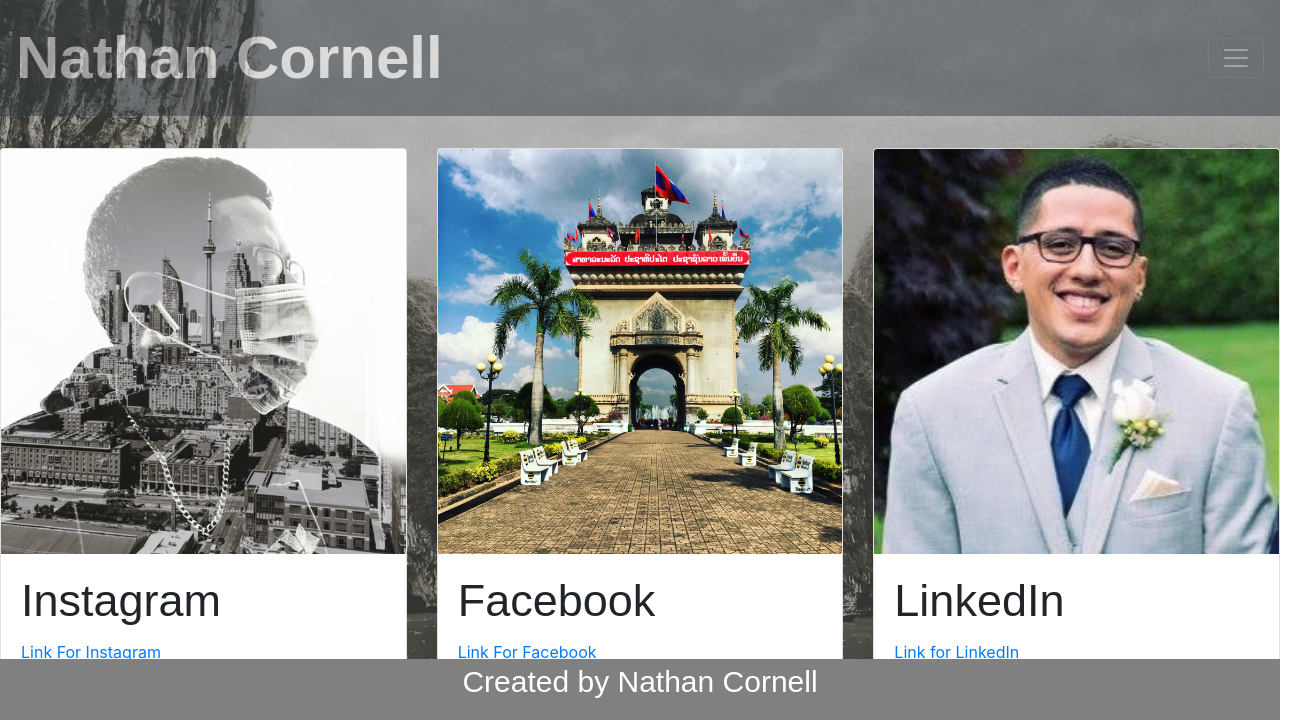
Repository: Llenrocc/Bootstrap_Homework
Page: Portfolio.html
The author's editor kept a copy of each file at every save. The page is drawn from the files as they stood at one save, then again after the next save.
The browser window is 1280 px wide. The page is 1295 px wide, then 1280 px, so the pictures cover 1295 px, including what lies to the right of the window. The pictures show the whole page.
Some web fonts or font styles are not loaded; a fallback is used.

Above is the page before, as saved 2020-07-31 19:33:23.

### Portfolio.html
<!DOCTYPE html>
<html lang="en">
<head>
    <meta charset="UTF-8">
    <meta name="viewport" content="width=device-width, initial-scale=1.0">
    <title>Bootstrap Homework</title>
    <link rel="stylesheet" href="https://stackpath.bootstrapcdn.com/bootstrap/4.5.0/css/bootstrap.min.css" integrity="sha384-9aIt2nRpC12Uk9gS9baDl411NQApFmC26EwAOH8WgZl5MYYxFfc+NcPb1dKGj7Sk" crossorigin="anonymous">
    <link rel="stylesheet" href="style.css">
    <link href="https://fonts.googleapis.com/css2?family=Cinzel+Decorative:wght@700&family=Six+Caps&display=swap" rel="stylesheet">
</head>
<body>
    <header>
        <div class="container2">
            <nav class="navbar navbar-dark bg-dark" id="nav">
            <!-- Navbar content -->
            <a class="navbar-brand" href="#">Nathan Cornell</a>
            <button class="navbar-toggler" type="button" data-toggle="collapse" data-target="#navbarNavAltMarkup" aria-controls="navbarNavAltMarkup" aria-expanded="false" aria-label="Toggle navigation">
            <span class="navbar-toggler-icon"></span>
            </button>
        <div class="collapse navbar-collapse" id="navbarNavAltMarkup">
        <div class="navbar-nav">
            <a href="index.html">About Me</a>
            <a href="Contact.html">Contact</a>
        </div>
    </div>
  </div>
</nav>
</header>

<section>
   <div class="container3">
    <div class="card-deck">
        <div class="card">
          <img src="Assets/IGpic.JPG" class="card-img-top" alt="a Photo from Instagram">
          <div class="card-body">
            <h2 class="card-title">Instagram</h2>
            <a href="https://www.instagram.com/llenrocc/" target="_blank">Link For Instagram</a>
          </div>
        </div>
        <div class="card">
          <img src="Assets/IMG_0498.jpg" class="card-img-top" alt="a Photo From Facebook">
          <div class="card-body">
            <h3 class="card-title">Facebook</h3>
            <a href="https://www.facebook.com/nate.cornell.5/" target="_blank">Link For Facebook</a>
          </div>
        </div>
        <div class="card">
          <img src="Assets/0.jpg" class="card-img-top" alt="A Photo From LinkedIn">
          <div class="card-body">
            <h4 class="card-title">LinkedIn</h4>
            <a href="https://www.linkedin.com/in/nathan-cornell02" target="_blank">Link for LinkedIn</a>
          </div>
        </div>
      </div>
</section>
<script src="https://code.jquery.com/jquery-3.5.1.slim.min.js" integrity="sha384-DfXdz2htPH0lsSSs5nCTpuj/zy4C+OGpamoFVy38MVBnE+IbbVYUew+OrCXaRkfj" crossorigin="anonymous"></script>
<script src="https://cdn.jsdelivr.net/npm/popper.js@1.16.0/dist/umd/popper.min.js" integrity="sha384-Q6E9RHvbIyZFJoft+2mJbHaEWldlvI9IOYy5n3zV9zzTtmI3UksdQRVvoxMfooAo" crossorigin="anonymous"></script>
<script src="https://stackpath.bootstrapcdn.com/bootstrap/4.5.0/js/bootstrap.min.js" integrity="sha384-OgVRvuATP1z7JjHLkuOU7Xw704+h835Lr+6QL9UvYjZE3Ipu6Tp75j7Bh/kR0JKI" crossorigin="anonymous"></script>
<div class="footer">
  <p>Created by Nathan Cornell</p>
</div>
</body>

### style.css
/* Background Image */
html {
    height:100%;
    width:100%;

  }

body {
    background: url(./Assets/IMG_1445.jpg);
    animation: fadeInAnimation ease 3s;
    animation-iteration-count: 1;
    animation-fill-mode: forwards;
    margin: 0 auto;
    height: auto;
    background-position: center;
    background-repeat: no-repeat;
    background-size: cover;

}


@keyframes fadeInAnimation {
    0% {
        opacity: 0;
    }
    100% {
        opacity: 1;
    }
}

.container {
    display: flex;
    flex-wrap: nowrap;
    justify-content: center;
    width:100%;
    height:50%;
    margin-bottom: 0;

}
.row1 {
    display:flex;
}

/* Navbar */
.navbarnavbar-darkbg-dark {
    display: flex;
    width: 100%;
    margin-top: 0;
    flex-flow: row wrap;
    justify-content: flex-start;

}
.navbar-brand {
    display: flex;
    font-size: 60px;
    font-weight:bold;
    font-family:  'Six Caps', sans-serif;

}
.navbar-nav {
    display: flex;
    font-family: 'Six Caps', sans-serif;
    font-size:5rem
}
#nav {
    display: flex;
    opacity:0.5;
    filter:(opacity=50);
    width: 100%;
    margin:0;
    margin-bottom: 2rem;
}

/* Jumbotron */

.jumbotron {
    display:flex;
    display:inline-block;
    width:100%;
    margin: 10px auto;
    justify-content:space-between;
    background-color: #A9A9A9;
    margin-bottom: 0;

}

h1 {
    font-size:60px;
    font-weight:bold;
    font-family: 'Six Caps', sans-serif;
}

/* Card Deck Font */

h2 {
  font-size:45px;
  font-family: 'Six Caps', sans-serif;
}

h3 {
  font-size:45px;
  font-family: 'Six Caps', sans-serif;
}

h4 {
  font-size:45px;
  font-family: 'Six Caps', sans-serif;
}
/* Text Column */

col {
    font-family: 'Six Caps', sans-serif;
}

/* Card Deck */

.card-deck {
   display: flex;
   flex-wrap: wrap;
   justify-content: center;

}

.container3 {
  display: flex;
  flex-wrap: wrap;
  justify-content: center;
}

/* Contact Us Page Css */

* {
    box-sizing: border-box;
  }

  /* Style inputs */
  input[type=text], select, textarea {
    width: 100%;
    padding: 12px;
    border: 1px solid #A9A9A9;
    margin-top: 6px;
    margin-bottom: 16px;
    resize: vertical;
  }

  input[type=submit] {
    background-color: #A9A9A9;
    color: white;
    padding: 12px 20px;
    border: none;
    cursor: pointer;
  }

  input[type=submit]:hover {
    background-color: #45a049;
  }

  /* Style the container/contact section */
  .container1 {
    display: flex;
    flex-wrap: nowrap;
    flex-direction: column;
    border-radius: 0;
    background-color: #f2f2f2;
    width: 70%;
    min-width: 760px;
    padding-top: 0;
    margin: 0 auto;
    justify-content: center;
  }

  /* Create two columns that float next to eachother */
  .column {

    width: 50%;
    margin-top: 6px;
    padding: 20px;
  }

  /* Clear floats after the columns */
  .row:after {
    content: "";
    display: table;
    clear: both;
  }

  /* Responsive layout - when the screen is less than 600px wide, make the two columns stack on top of each other instead of next to each other */
  @media screen and (max-width: 600px) {
    .column, input[type=submit] {
      width: 100%;
      margin-top: 0;
    }
  }

  /* Footer */
.footer {
  display: flex;
  position: fixed;
  justify-content: center;
  left: 0;
  bottom: 0;
  width: 100%;
  background-color:#808080 ;
  color: white;
  text-align: center;
  font-size: 30px;
  font-family: 'Six Caps', sans-serif;
}

After the next save:
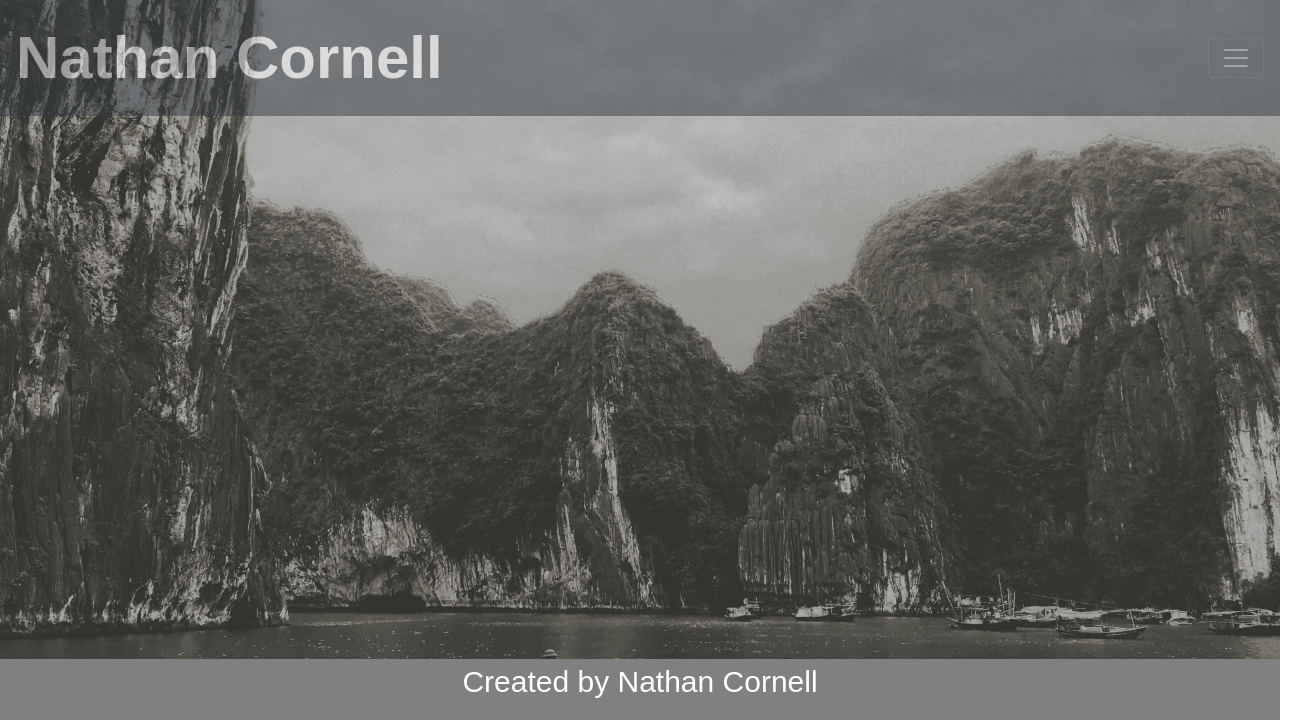
Saved 34 s later.
--- a/Portfolio.html
+++ b/Portfolio.html
@@ -27,32 +27,7 @@
 </nav>
 </header>
 
-<section>
-   <div class="container3">
-    <div class="card-deck">
-        <div class="card">
-          <img src="Assets/IGpic.JPG" class="card-img-top" alt="a Photo from Instagram">
-          <div class="card-body">
-            <h2 class="card-title">Instagram</h2>
-            <a href="https://www.instagram.com/llenrocc/" target="_blank">Link For Instagram</a>
-          </div>
-        </div>
-        <div class="card">
-          <img src="Assets/IMG_0498.jpg" class="card-img-top" alt="a Photo From Facebook">
-          <div class="card-body">
-            <h3 class="card-title">Facebook</h3>
-            <a href="https://www.facebook.com/nate.cornell.5/" target="_blank">Link For Facebook</a>
-          </div>
-        </div>
-        <div class="card">
-          <img src="Assets/0.jpg" class="card-img-top" alt="A Photo From LinkedIn">
-          <div class="card-body">
-            <h4 class="card-title">LinkedIn</h4>
-            <a href="https://www.linkedin.com/in/nathan-cornell02" target="_blank">Link for LinkedIn</a>
-          </div>
-        </div>
-      </div>
-</section>
+
 <script src="https://code.jquery.com/jquery-3.5.1.slim.min.js" integrity="sha384-DfXdz2htPH0lsSSs5nCTpuj/zy4C+OGpamoFVy38MVBnE+IbbVYUew+OrCXaRkfj" crossorigin="anonymous"></script>
 <script src="https://cdn.jsdelivr.net/npm/popper.js@1.16.0/dist/umd/popper.min.js" integrity="sha384-Q6E9RHvbIyZFJoft+2mJbHaEWldlvI9IOYy5n3zV9zzTtmI3UksdQRVvoxMfooAo" crossorigin="anonymous"></script>
 <script src="https://stackpath.bootstrapcdn.com/bootstrap/4.5.0/js/bootstrap.min.js" integrity="sha384-OgVRvuATP1z7JjHLkuOU7Xw704+h835Lr+6QL9UvYjZE3Ipu6Tp75j7Bh/kR0JKI" crossorigin="anonymous"></script>
